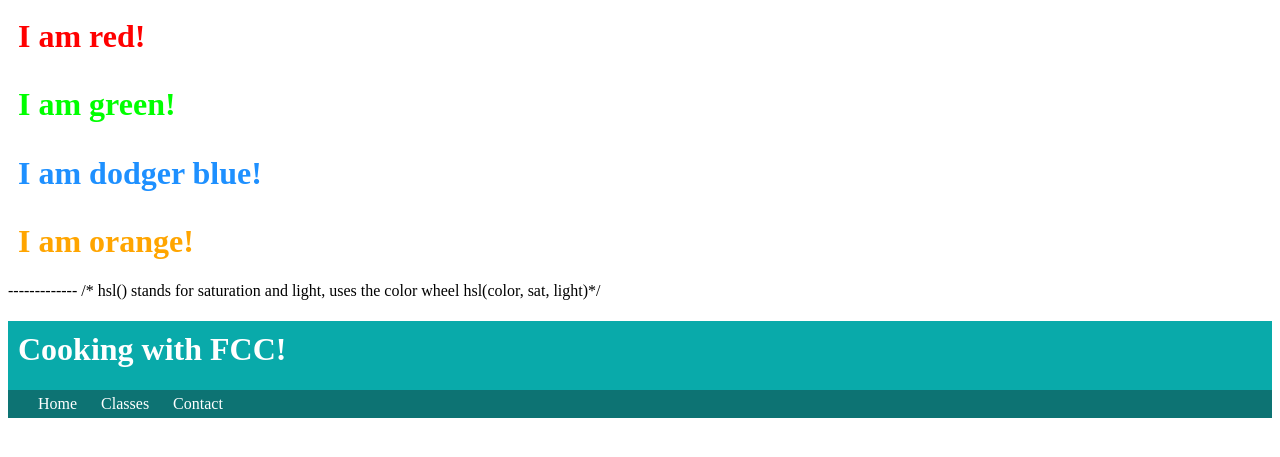
Repository: betsya97/freeCodeCamp_WebBasics
Page: html/colors.html
These files come from the project's save history. The page is drawn as it stood at one moment and after the next save; the edit follows.
The browser window is 1280 px wide. The pictures show the whole page.

Above is the page before, as saved 2021-03-07 23:14:41.

### html/colors.html
<style>
    .red-text {
      color: #FF0000;
    }
    .green-text {
      color:#0F0;
    }
    .dodger-blue-text {
      color: #1E90FF;
    }
    .orange-text {
      color: #FFA500;
    }
  </style>

  <h1 class="red-text">I am red!</h1>

  <h1 class="green-text">I am green!</h1>

  <h1 class="dodger-blue-text">I am dodger blue!</h1>

  <h1 class="orange-text">I am orange!</h1>
  <!--two digits for  R, two for G, two for Blue-->
  <!--or  1 digit for R, 1 for G, 1 for Blue -->
  <!--alternative: use rgb(0,0,0);-->
  -------------
/* hsl() stands for saturation and light, uses the color wheel hsl(color, sat, light)*/
  <style>
    header {
      background-color: hsl(180, 90%, 35%);
      color: #FFFFFF;
    }

    nav {
      background-color: hsl(180,80%,25%);
    }

    h1 {
      text-indent: 10px;
      padding-top: 10px;
    }

    nav ul {
      margin: 0px;
      padding: 5px 0px 5px 30px;
    }

    nav li {
      display: inline;
      margin-right: 20px;
    }

    a {
      text-decoration: none;
      color: inherit;
    }
  </style>

  <header>
    <h1>Cooking with FCC!</h1>
    <nav>
      <ul>
        <li><a href="#">Home</a></li>
        <li><a href="#">Classes</a></li>
        <li><a href="#">Contact</a></li>
      </ul>
    </nav>
  </header>

After the next save:
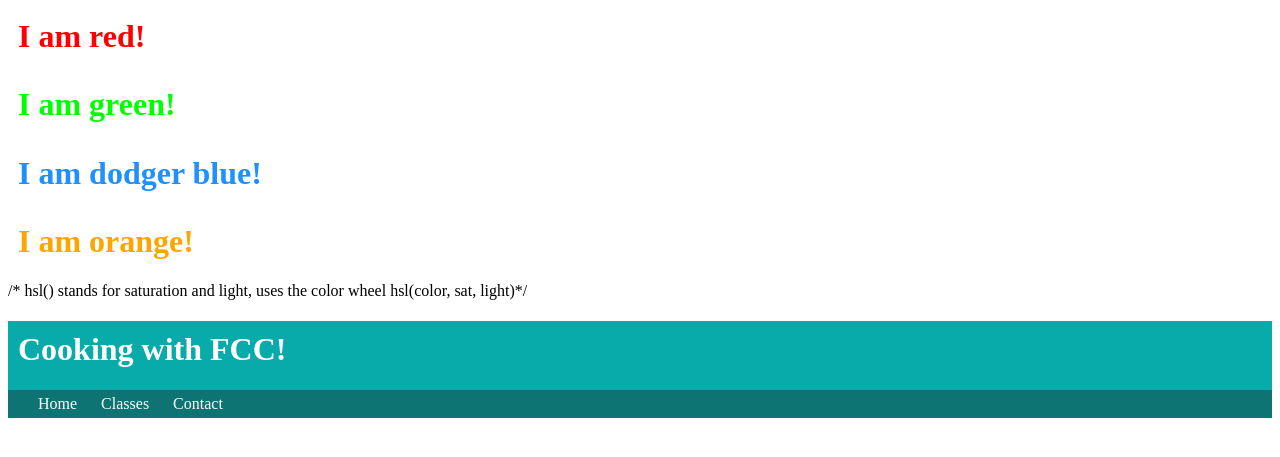
Saved 6 s later.
--- a/html/colors.html
+++ b/html/colors.html
@@ -23,7 +23,7 @@
   <!--two digits for  R, two for G, two for Blue-->
   <!--or  1 digit for R, 1 for G, 1 for Blue -->
   <!--alternative: use rgb(0,0,0);-->
-  -------------
+
 /* hsl() stands for saturation and light, uses the color wheel hsl(color, sat, light)*/
   <style>
     header {
